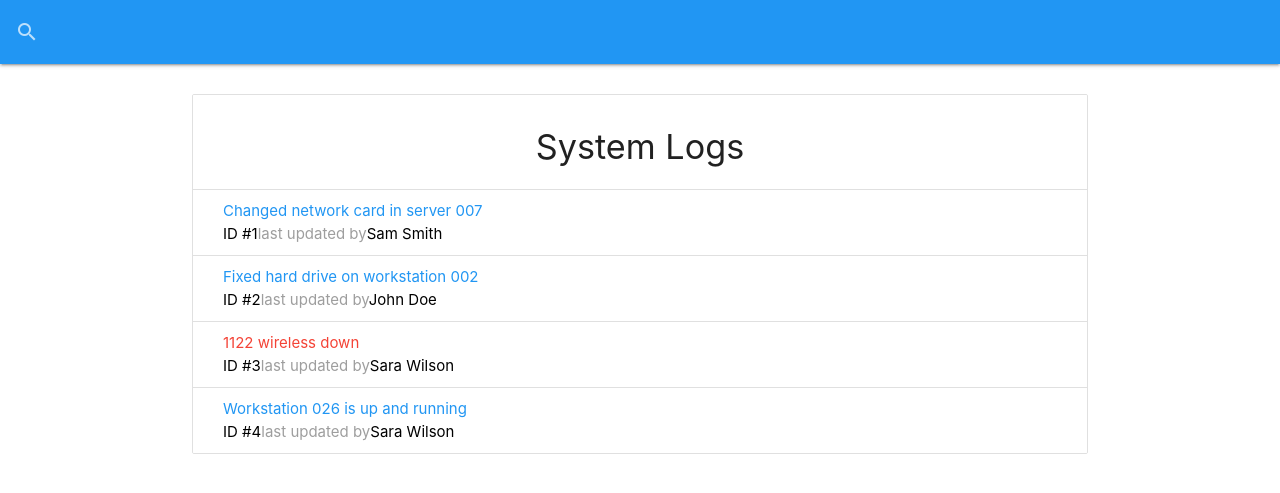
Repository: faraznisar/It-Logger
Page: /
These files come from the project's save history. The page is drawn as it stood at one moment and after the next save; the edit follows.
The browser window is 1280 px wide. The pictures show the whole page.
The project was rebuilt for these pictures with package versions that can differ from the ones it lists, and the page was loaded fresh each time. Requests to the local data server were answered from the project's data file. Also part of the build but not shown: src/App.css.

Above is the page before, as saved 2020-08-15 15:50:18.

After the next save:
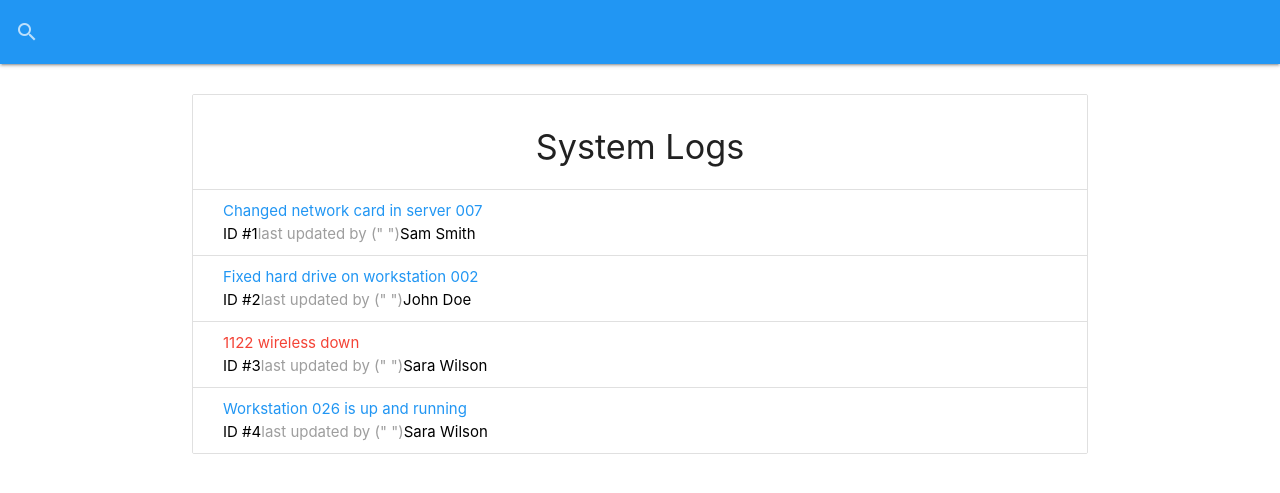
Saved 63 s later.
--- a/src/components/logs/LogItem.js
+++ b/src/components/logs/LogItem.js
@@ -17,7 +17,7 @@ const LogItem = ({ log }) => {
         <br />
         <span className="grey-text">
           <span className="black-text">ID #{log.id}</span>
-          last updated by
+          last updated by (" ")
           <span className="black-text">{log.tech}</span>
         </span>
       </div>
